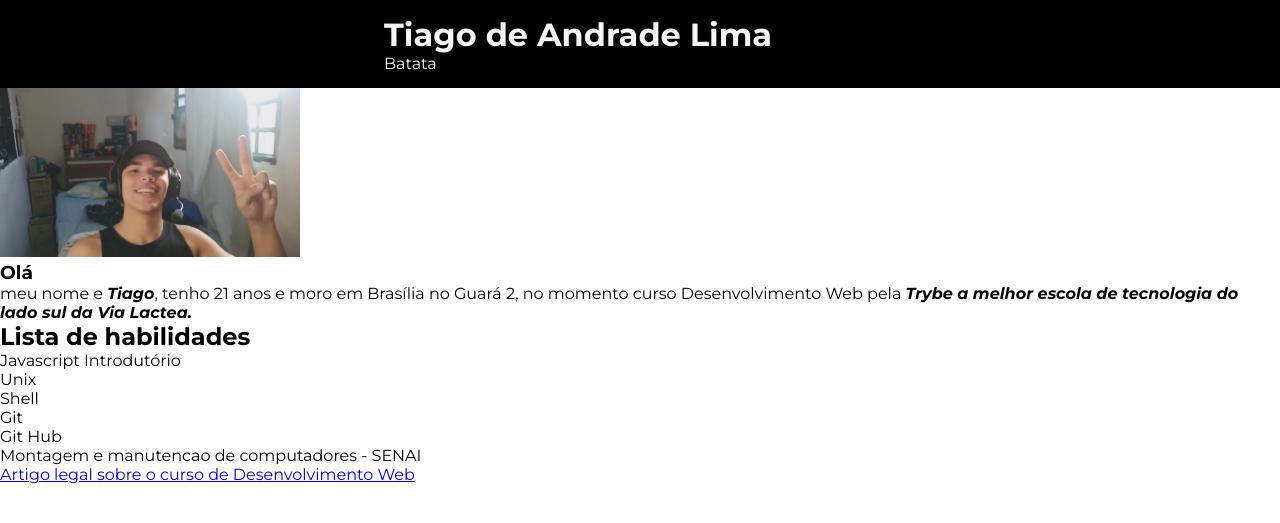
Repository: Batatiago/Batatiago.github.io
Page: index.html
These files come from the project's save history. The page is drawn as it stood at one moment and after the next save; the edit follows.
The browser window is 1280 px wide. The pictures show the whole page.

Above is the page before, as saved 2023-06-29 11:01:53.

After the next save:
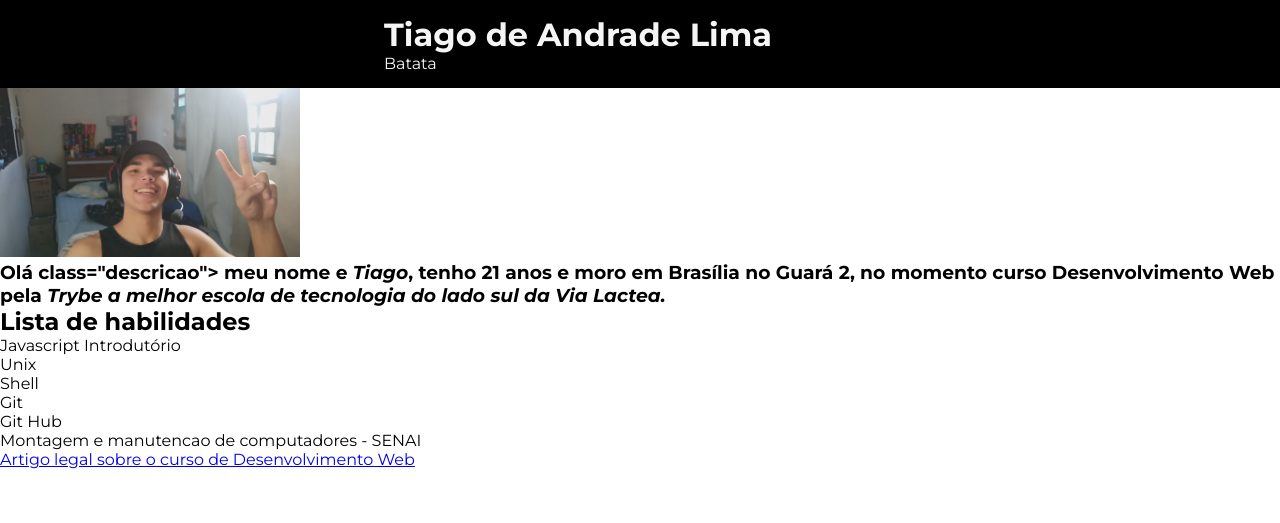
Saved 68 s later.
--- a/index.html
+++ b/index.html
@@ -19,12 +19,11 @@
       <p>Batata</p>
     </div>
   </div>
-  <div class="resumo" >
-    <img src="2023-06-23-160707.jpg" alt="Imagem de Tiago" id="foto" width="300px">
-    <h3>Olá</h3>
-    <p class="descricao"> meu nome e <strong><em>Tiago</em></strong>, tenho 21 anos e moro em Brasília no Guará 2, no
+  <div class="resumo">
+    <img id="foto" src="2023-06-23-160707.jpg" alt="Imagem de Tiago" width="300px">
+    <h3>Olá class="descricao"> meu nome e <strong><em>Tiago</em></strong>, tenho 21 anos e moro em Brasília no Guará 2, no
       momento curso Desenvolvimento
-      Web pela <strong><em>Trybe a melhor escola de tecnologia do lado sul da Via Lactea.</em></strong></p>
+      Web pela <strong><em>Trybe a melhor escola de tecnologia do lado sul da Via Lactea.</em></strong></h3>
   </div>
   <div>
     <h2>Lista de habilidades</h2>
